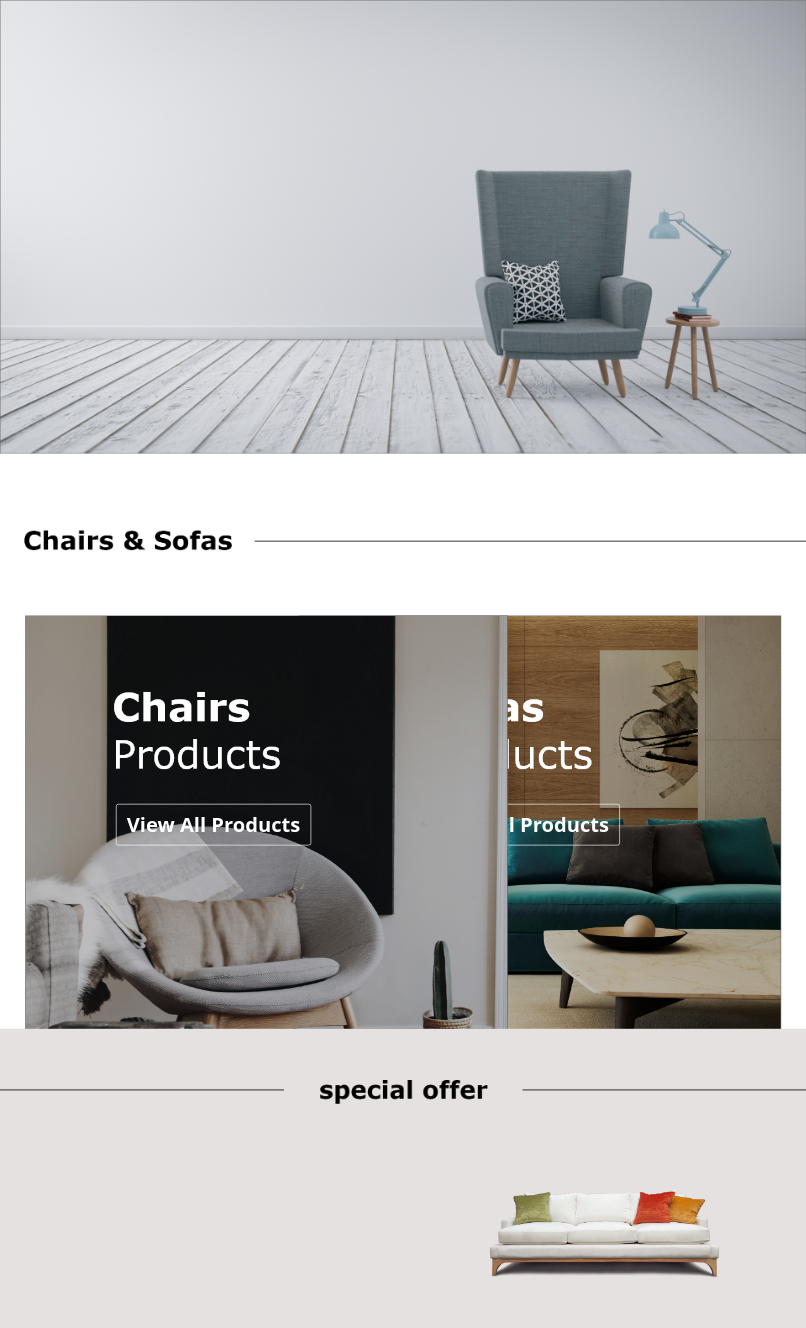
Repository: MEROO1010/creative_home
Page: /
The author's editor kept a copy of each file at every save. The page is drawn from the files as they stood at one save, then again after the next save.
The browser window is 1280 px wide. The pictures show the whole page, at 63% of full size.
The project was rebuilt for these pictures with package versions that can differ from the ones it lists, and the page was loaded fresh each time. The framework's server and built-in components were replaced by stand-ins that run in the browser. Also part of the build but not shown: next.config.js.

Above is the page before, as saved 2022-12-11 10:28:25.

After the next save:
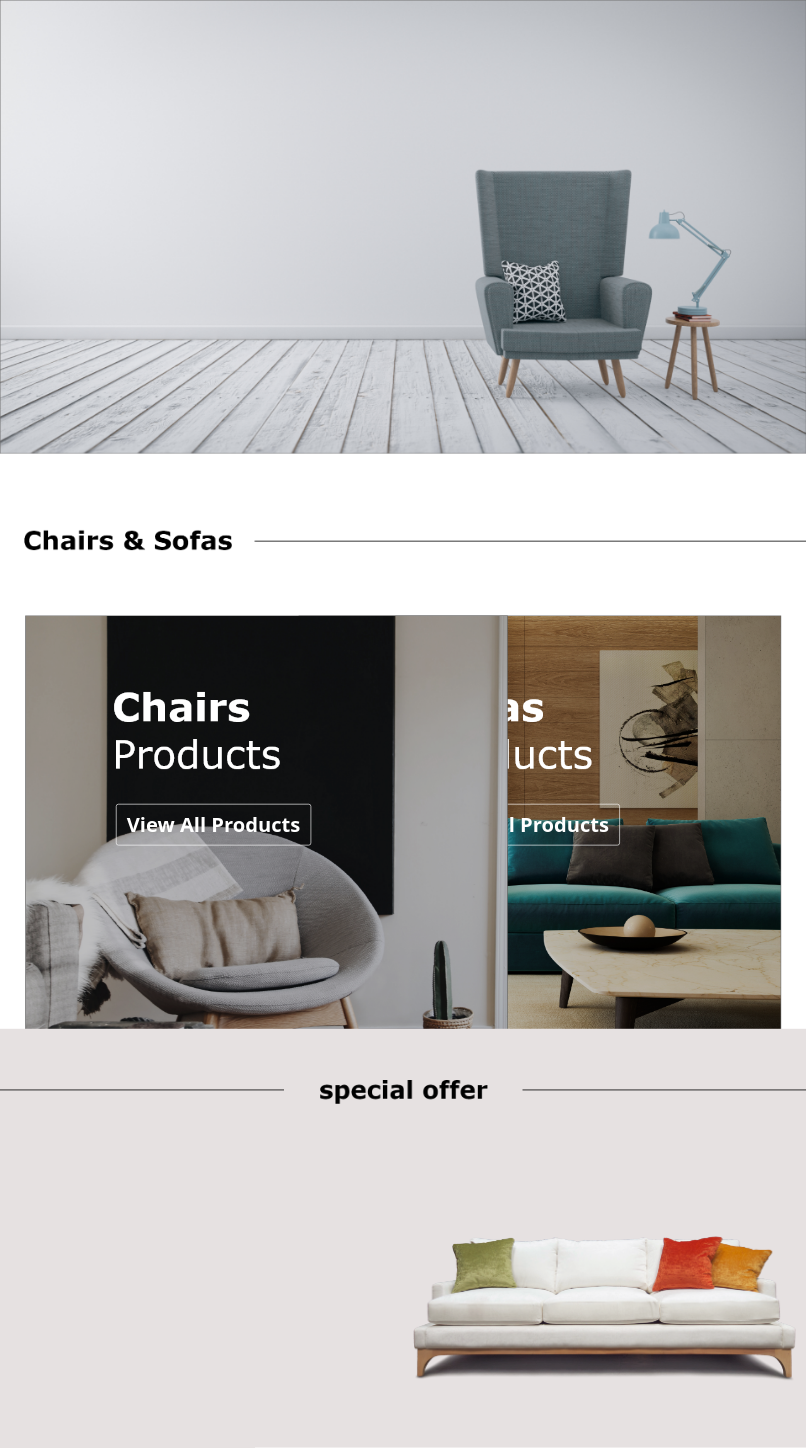
Saved 8 s later.
--- a/components/SpecialOffer.tsx
+++ b/components/SpecialOffer.tsx
@@ -13,7 +13,7 @@ const SpecialOffer = () => {
 
          </div>
 
-         <div className='  relative mx-80 left-80 px-32'>
+         <div className='  relative mx-80 left-80 px-34'>
           <Image src={sofa2} alt=''/>
 
          </div>
